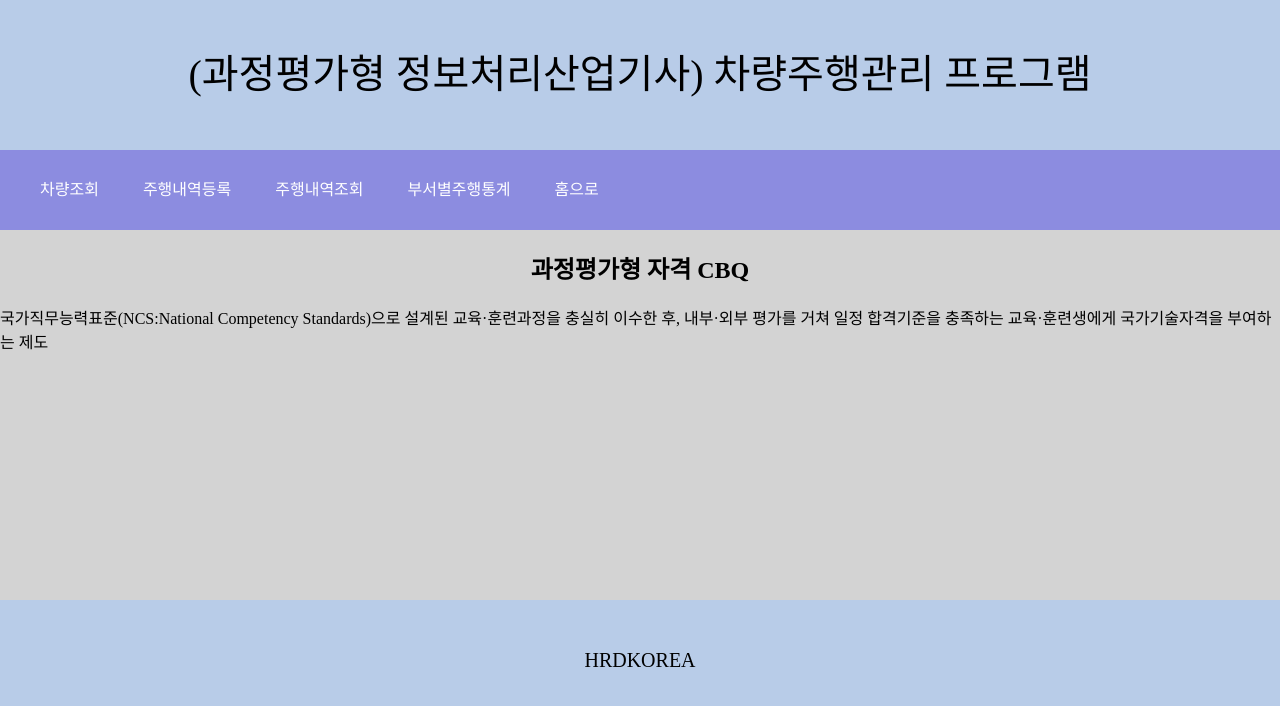
Repository: junhee97/-
Page: http://localhost/HRD_04/
These files come from the project's save history. The page is drawn as it stood at one moment and after the next save; the edit follows.
The browser window is 1280 px wide. The pictures show the whole page.
The page is served by Tomcat 9.

Above is the page before, as saved 2025-08-14 13:50:19.

After the next save:
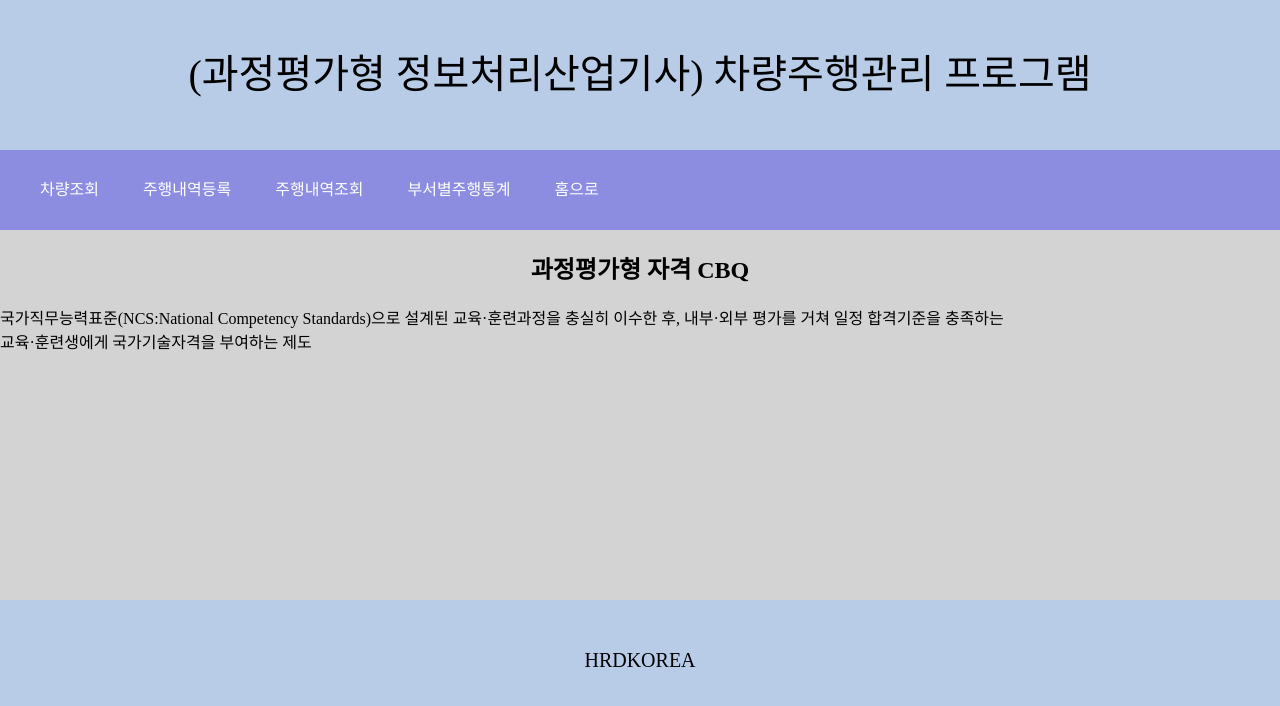
Saved 7 s later.
--- a/HRD_04/WebContent/index.jsp
+++ b/HRD_04/WebContent/index.jsp
@@ -13,7 +13,7 @@
 <section style="position: fixed; top: 230px; left: 0px; width: 100%; height: 100%; background-color: lightgray;">
 <h2 style="text-align: center;">과정평가형 자격 CBQ</h2>
 <p>
-	국가직무능력표준(NCS:National Competency Standards)으로 설계된 교육·훈련과정을 충실히 이수한 후, 내부·외부 평가를 거쳐 일정 합격기준을 충족하는
+	국가직무능력표준(NCS:National Competency Standards)으로 설계된 교육·훈련과정을 충실히 이수한 후, 내부·외부 평가를 거쳐 일정 합격기준을 충족하는 <br>
 	교육·훈련생에게 국가기술자격을 부여하는 제도
 </p>
 
